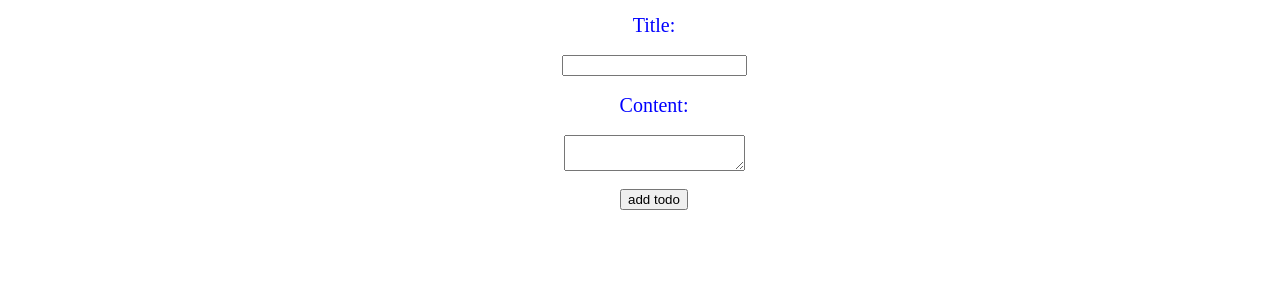
Repository: gabe126679/todo-list
Page: index.html
An editor plug-in stored every save of this project. The page is shown before and after the next save, followed by the edit.
The browser window is 1280 px wide. The page is 1288 px wide, so the pictures cover 1288 px, including what lies to the right of the window. The pictures show the whole page.

Above is the page before, as saved 2022-03-15 15:45:15.

After the next save:
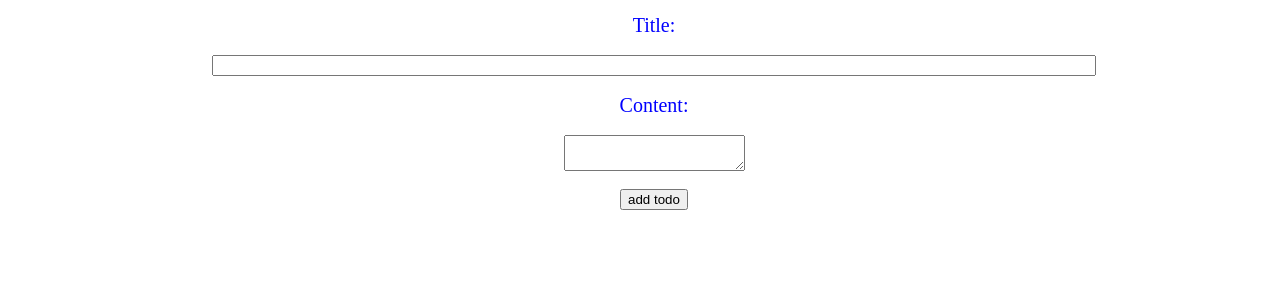
Saved 57 s later.
--- a/index.html
+++ b/index.html
@@ -33,5 +33,11 @@
             color: blue;
             font-size: 20px;
         }
+        #title {
+            width: 70%;
+        }
+        #content {
+
+        }
     </style>
 </html>
